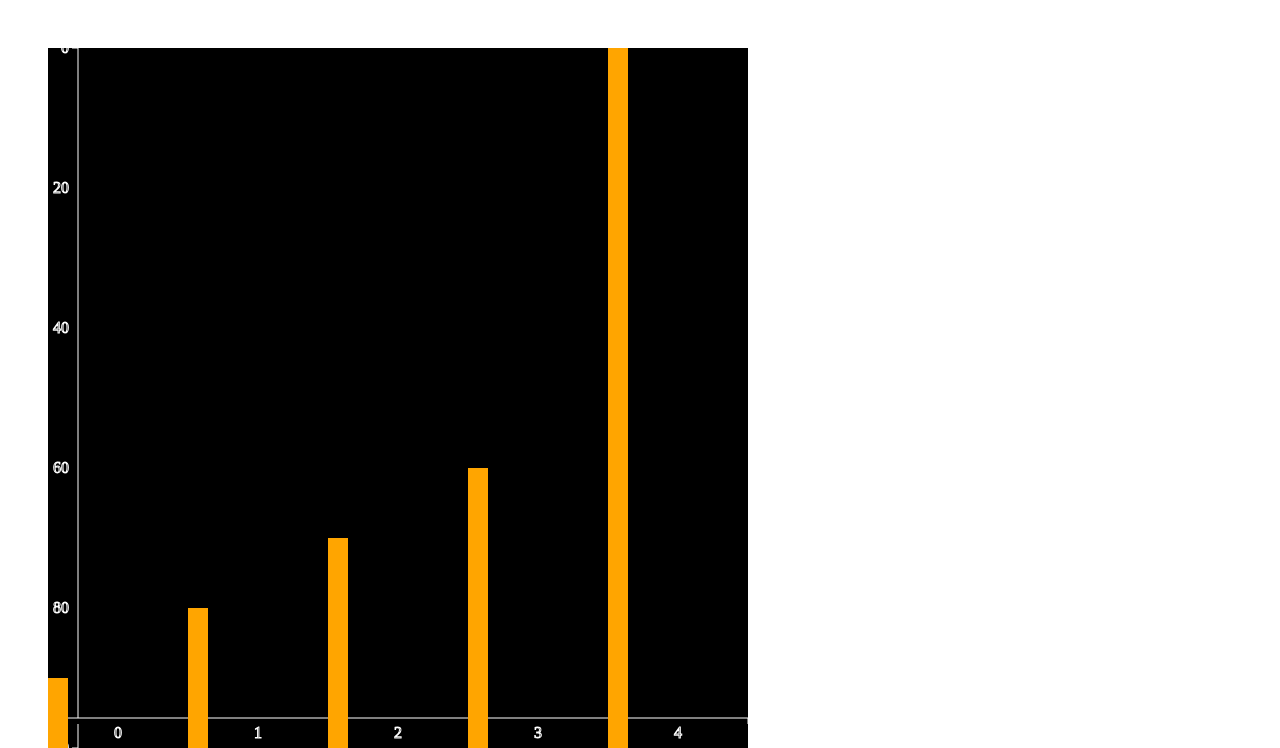
Repository: ajaytech/D3-sample-code
Page: D3 codes/D3Scale.html
The author's editor kept a record of every edit. The page is drawn from the files as they stood at one moment, then again after the next edit.
The browser window is 1280 px wide. The pictures show the whole page.

Above is the page before.

After the next edit:
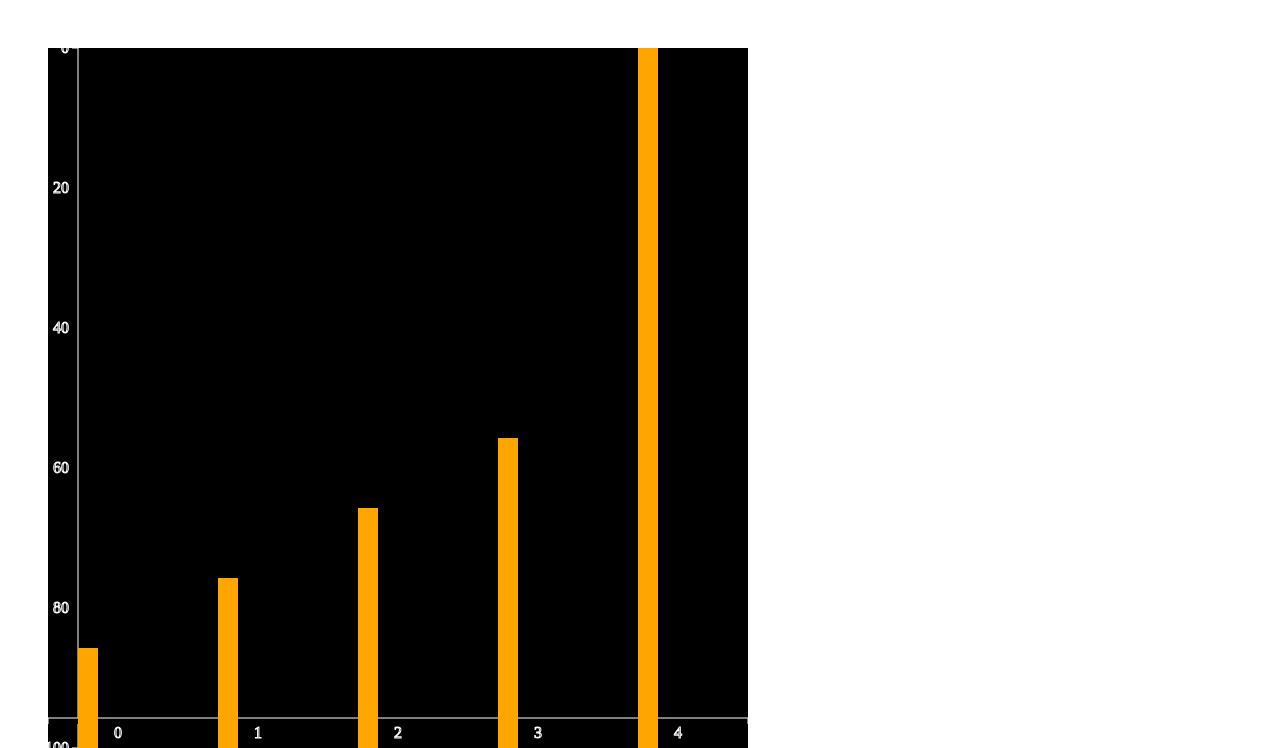
The edit:
--- a/D3 codes/D3Scale.html
+++ b/D3 codes/D3Scale.html
@@ -57,7 +57,9 @@
                 .style("stroke","#fff");
 
 
-                svg.selectAll()
+                svg.append("g")
+                .attr("class","rectangle")
+                .selectAll()
                 .data(data)
                 .enter()
                 .append("rect")
